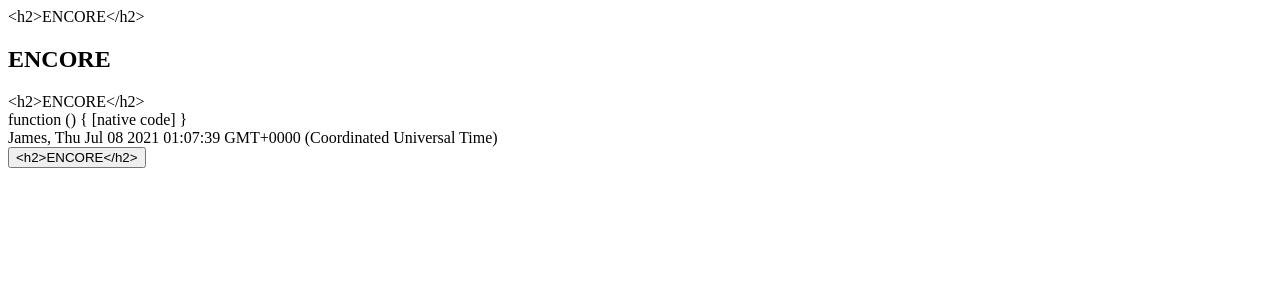
Repository: KangHoi/encore_vueWorkspace
Page: vue02_Methods/WebContent/vue04_methods.html
An editor plug-in stored every save of this project. The page is shown before and after the next save, followed by the edit.
The browser window is 1280 px wide. The pictures show the whole page.

Above is the page before, as saved 2021-07-09 01:47:28.

### vue02_Methods/WebContent/vue04_methods.html
<!DOCTYPE html>
<html>
<head>
<meta charset="UTF-8">
<title>Insert title here</title>
<script src="https://cdn.jsdelivr.net/npm/vue/dist/vue.js"></script>

</head>
<body>
	<div id="app">
		<div v-text="title"></div>
		<div v-html="title"></div>
		<div> {{title}} </div>
		<div> {{showHrm}} </div> <!-- ()빼면 안된다. -->
		<div> {{showMyName('James')}}</div>
		<button @click="changeName">{{title}}</button>
	</div>

	<script>
		var app = new Vue({
			el: '#app',
			data: {
				title:'<h2>ENCORE</h2>'
			},
			methods:{
				changeName: function(){
					this.title ="ENCORE HRM ENCORE HRM"
				},
				showHrm : function(){
					return "ENCORE HRM" + new Date();
				},
				showMyName : function(name,$event){//event 인자값은 이벤트 객체를 의미하는 인자값일 경우 반드시 $를 붙여야한다.
					return name + ", " + new Date();
				}
			}
		});
	</script>
</body>
</html>

After the next save:
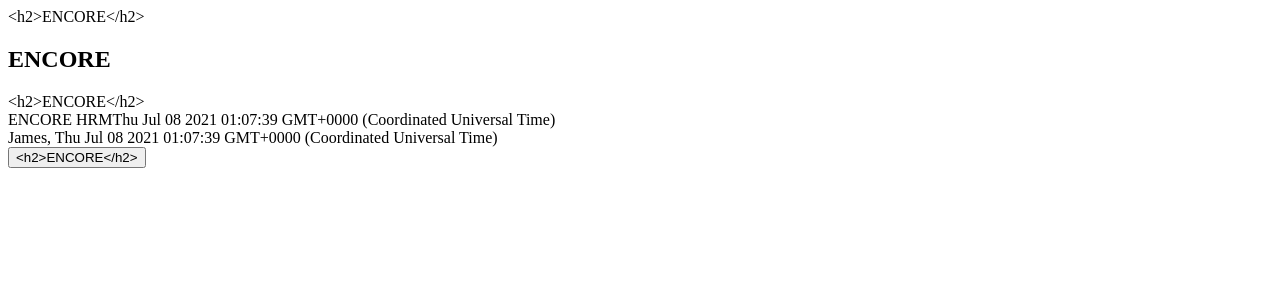
Saved 36 s later.
--- a/vue02_Methods/WebContent/vue04_methods.html
+++ b/vue02_Methods/WebContent/vue04_methods.html
@@ -11,7 +11,7 @@
 		<div v-text="title"></div>
 		<div v-html="title"></div>
 		<div> {{title}} </div>
-		<div> {{showHrm}} </div> <!-- ()빼면 안된다. -->
+		<div> {{showHrm()}} </div> <!-- ()빼면 안된다. -->
 		<div> {{showMyName('James')}}</div>
 		<button @click="changeName">{{title}}</button>
 	</div>
